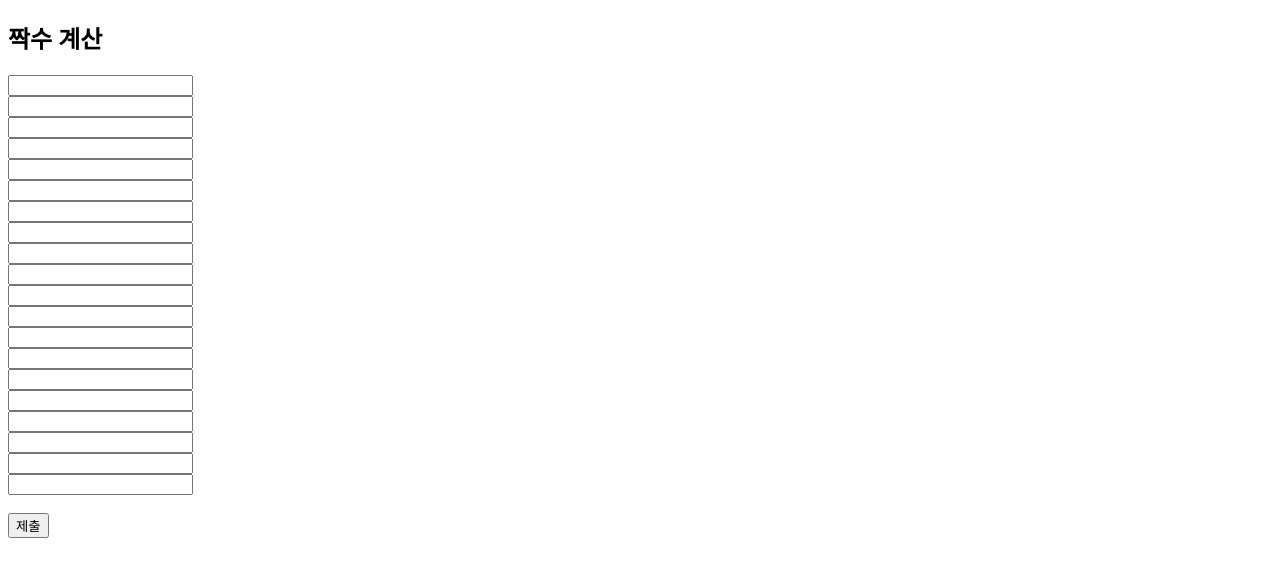
Repository: pshho/newJspProject
Page: http://localhost/JspProj/calc/calc.jsp
An editor plug-in stored every save of this project. The page is shown before and after the next save, followed by the edit.
The browser window is 1280 px wide. The pictures show the whole page.
The page is served by Tomcat 9.

Above is the page before, as saved 2023-07-27 07:07:44.

After the next save:
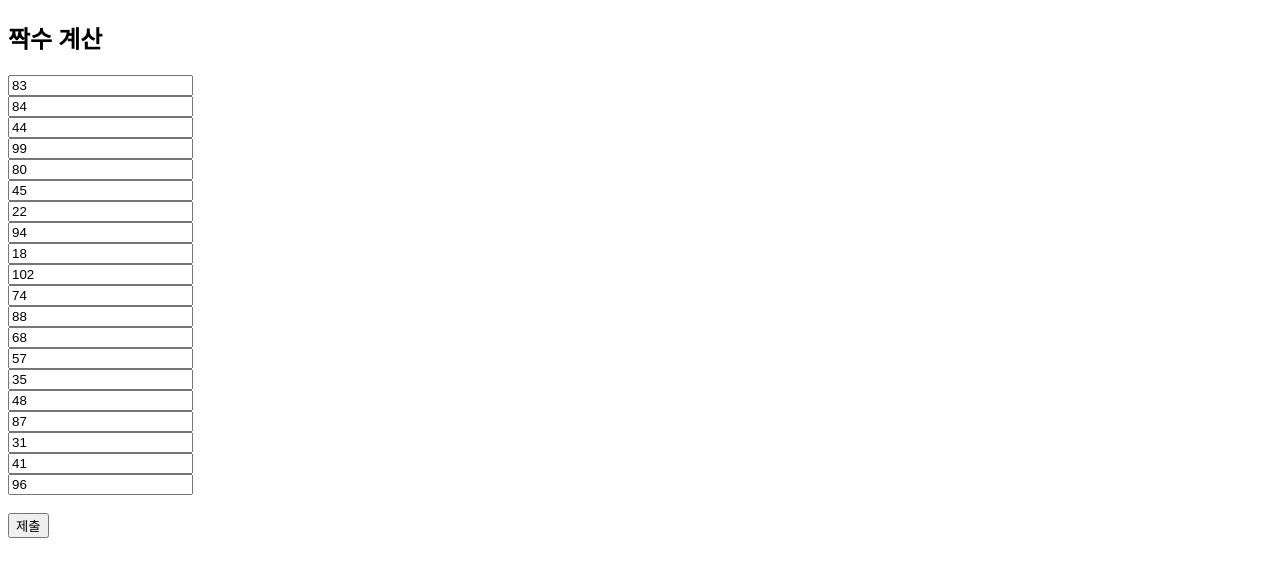
Saved 108 s later.
--- a/JspProj/src/main/webapp/calc/calc.jsp
+++ b/JspProj/src/main/webapp/calc/calc.jsp
@@ -12,7 +12,7 @@
 	<h2>짝수 계산</h2>
 	<form action="./calcProcess.jsp">
 		<c:forEach begin="1" end="20">	<!-- for문으로 입력받을 개수 지정 -->
-			<input type="text" name="calc" value=""/><br/>
+			<input type="text" name="calc" value="<%= (int)(Math.random()*100)+10 %>"/><br/>
 		</c:forEach>
 		<br/>
 		<input type="submit" value="제출" />
